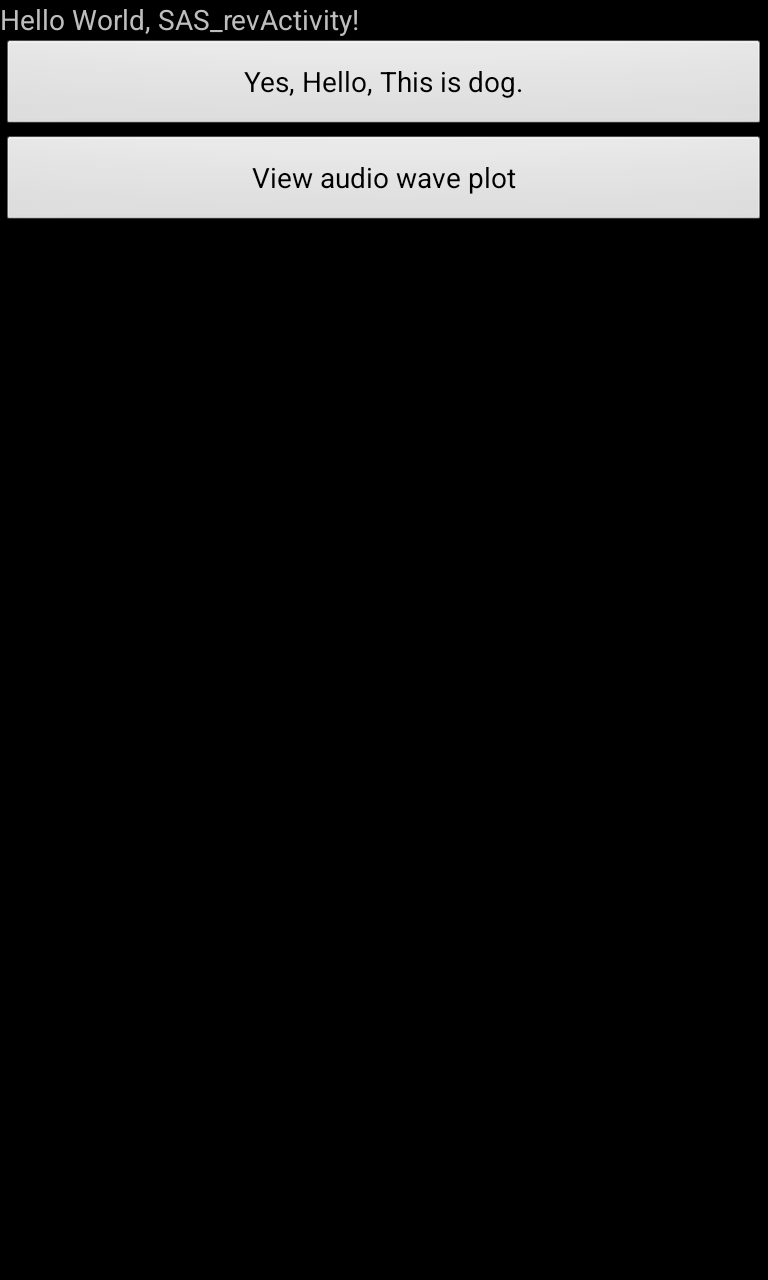
Repository: RaabsIn513/eclipse_workspace
Layout: SAS_rev/res/layout/main.xml
An editor plug-in stored every save of this project. The layout is shown before and after the next save, followed by the edit.
It is drawn on a 768 x 1280 px phone screen (xhdpi) without system bars, with theme android:Theme; the app's code is not run.

Above is the layout before, as saved 2012-02-08 17:45:31.

### SAS_rev/res/layout/main.xml
<?xml version="1.0" encoding="utf-8"?>
<LinearLayout xmlns:android="http://schemas.android.com/apk/res/android"
    android:layout_width="fill_parent"
    android:layout_height="fill_parent"
    android:orientation="vertical" >

    <TextView
        android:layout_width="fill_parent"
        android:layout_height="wrap_content"
        android:text="@string/hello" />

    <Button
        android:id="@+id/dog"
        android:layout_width="fill_parent"
        android:layout_height="wrap_content"
        android:text="Yes, Hello, This is dog." />

    <Button
        android:id="@+id/wave_plot"
        android:layout_width="fill_parent"
        android:layout_height="wrap_content"
        android:text="@string/viewWave_btText" />

</LinearLayout>

### SAS_rev/res/values/strings.xml
<?xml version="1.0" encoding="utf-8"?>
<resources>

    <string name="hello">Hello World, SAS_revActivity!</string>
    <string name="app_name">SAS_rev</string>
    <string name="viewWave_btText">View audio wave plot</string>
    <string name="viewFFT_btText">View FFT plot</string>
    <string name="setThresh_btText">Set the threshold value</string>"

</resources>

After the next save:
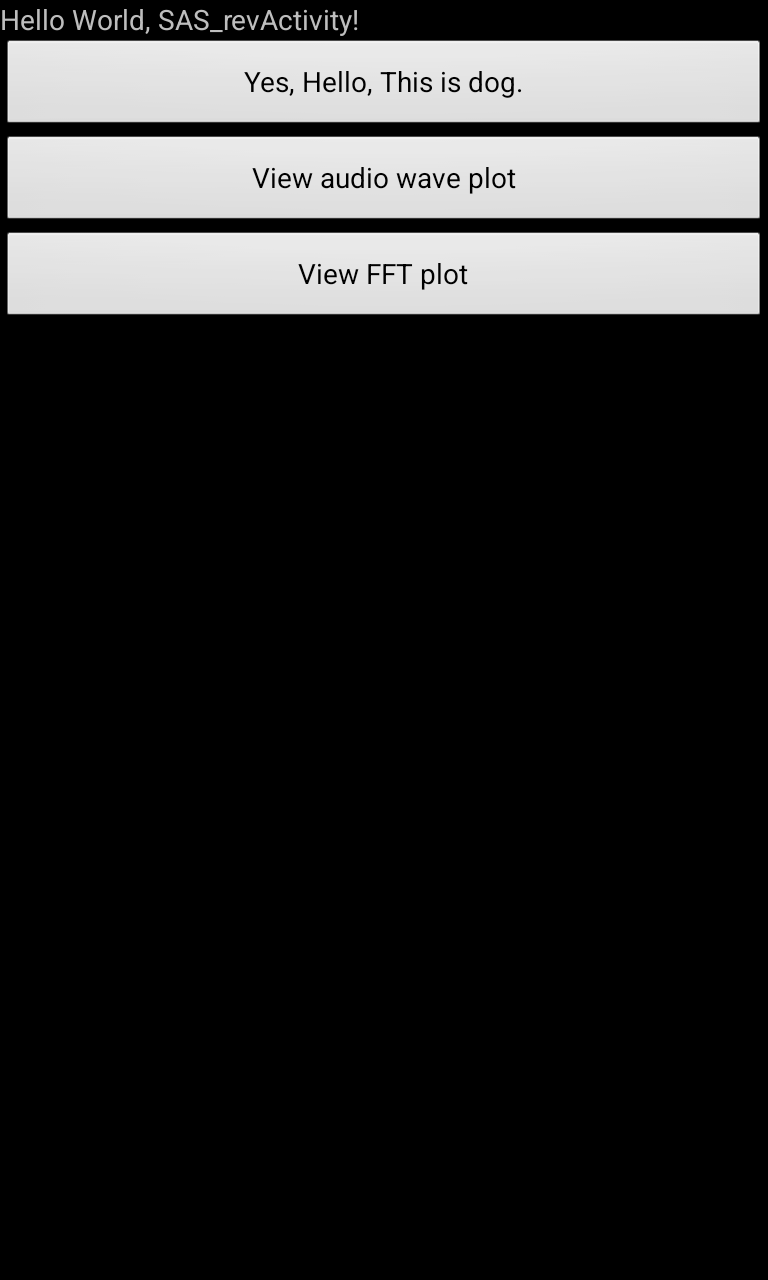
Saved 8 s later.
--- a/SAS_rev/res/layout/main.xml
+++ b/SAS_rev/res/layout/main.xml
@@ -21,4 +21,10 @@
         android:layout_height="wrap_content"
         android:text="@string/viewWave_btText" />
 
+        <Button
+        android:id="@+id/FFT_plot"
+        android:layout_width="fill_parent"
+        android:layout_height="wrap_content"
+        android:text="@string/viewFFT_btText" />
+
 </LinearLayout>
